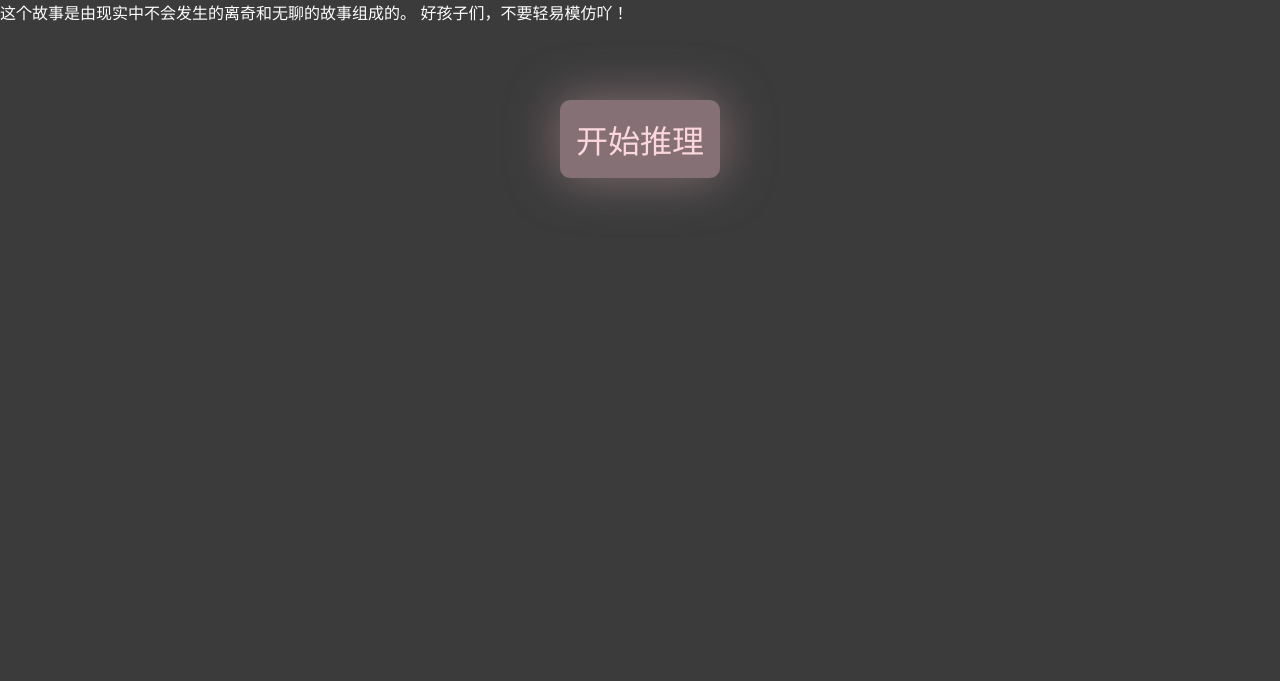
Repository: Jofali/reasoning-genius
Page: /
An editor plug-in stored every save of this project. The page is shown before and after the next save, followed by the edit.
The browser window is 1280 px wide. The pictures show the whole page.
The project was rebuilt for these pictures with package versions that can differ from the ones it lists, and the page was loaded fresh each time. Also part of the build but not shown: src/part1/part1.css, src/part1/part1.js, src/part2/part2.css, src/part2/part2.js, src/title/title.css, src/title/title.js, src/inventory/inventory.css, src/inventory/inventory.js and 2 more.

Above is the page before, as saved 2019-05-22 17:50:27.

### public/index.html
<!DOCTYPE html>
<html lang="en">
  <head>
    <meta charset="utf-8" />
    <link rel="shortcut icon" href="%PUBLIC_URL%/favicon.ico" />
    <meta name="viewport" content="width=device-width, initial-scale=1" />
    <meta name="theme-color" content="#000000" />
    <!--
      manifest.json provides metadata used when your web app is installed on a
      user's mobile device or desktop. See https://developers.google.com/web/fundamentals/web-app-manifest/
    -->
    <link rel="manifest" href="%PUBLIC_URL%/manifest.json" />
    <!--
      Notice the use of %PUBLIC_URL% in the tags above.
      It will be replaced with the URL of the `public` folder during the build.
      Only files inside the `public` folder can be referenced from the HTML.

      Unlike "/favicon.ico" or "favicon.ico", "%PUBLIC_URL%/favicon.ico" will
      work correctly both with client-side routing and a non-root public URL.
      Learn how to configure a non-root public URL by running `npm run build`.
    -->
    <title>Reasoning Genius</title>
  </head>
  <body>
    <noscript>You need to enable JavaScript to run this app.</noscript>
    <div id="root"></div>
    <!--
      This HTML file is a template.
      If you open it directly in the browser, you will see an empty page.

      You can add webfonts, meta tags, or analytics to this file.
      The build step will place the bundled scripts into the <body> tag.

      To begin the development, run `npm start` or `yarn start`.
      To create a production bundle, use `npm run build` or `yarn build`.
    -->
  </body>
</html>

### src/index.css
body {
  margin: 0;
  font-family: -apple-system, BlinkMacSystemFont, "Segoe UI", "Roboto", "Oxygen",
    "Ubuntu", "Cantarell", "Fira Sans", "Droid Sans", "Helvetica Neue",
    sans-serif;
  -webkit-font-smoothing: antialiased;
  -moz-osx-font-smoothing: grayscale;
}

code {
  font-family: source-code-pro, Menlo, Monaco, Consolas, "Courier New",
    monospace;
}

#root {
  height: 100%;
}

*{
  padding: 0;
  margin: 0;
}

html,body {
  height: 100%;
}

.sw-enter {
  opacity: 0;
}
.sw-enter-active {
  opacity: 1;
  transform: translateX(0);
  transition: opacity 300ms, transform 300ms;
}
.sw-exit {
  opacity: 1;
}
.sw-exit-active {
  opacity: 0;
  transition: opacity 300ms, transform 300ms;
}

### src/App.js
import React, { Component } from 'react';
import { CSSTransition } from 'react-transition-group';

import Partwrap from './partwrap/partwrap';
import Begin from './begin/begin';

import './App.css';

class App extends Component {
  constructor(props) {
    super(props);
    this.state = {
      content: <Begin />,
      maxPartNum: 1,
      showPart: true,
      btnClass: "btn-game btn-game-begin-status"
    };
    this.stepTo = this.stepTo.bind(this);
  }

  partNum = 0;
  timer = null;
  stepTo() {
    if(this.partNum === this.state.maxPartNum) {
      this.partNum = 0;
    } else {
      this.partNum += 1;
    }

    this.setshow(false);
    if(this.timer !== null) {
      clearTimeout(this.timer);
    }
    this.timer = setTimeout( () => {
      switch(this.partNum)
      {
        case 0:
          this.setState({ content: <Begin />, btnClass: "btn-game btn-game-begin-status" })
          break;
        case 1:
          this.setState({ content: <Partwrap />, btnClass: "btn-game btn-game-end-status" })
          break;
        default:
          this.setState({ content: <Begin />, btnClass: "btn-game btn-game-begin-status" })
      }
      this.setshow(true);
    }, 300);

  }

  setshow(bool) {
    this.setState({ showPart: bool })
  }

  componentDidMount() {

  }

  render() {
    return (
        <div className="App">
          <CSSTransition
              in={this.state.showPart}
              timeout={300}
              classNames="sw"
              unmountOnExit
            >
              { this.state.content }
          </CSSTransition>
          <button className={this.state.btnClass} onClick={this.stepTo}>开始推理</button>
        </div>
    );
  }
}

export default App;

### src/begin/begin.js
import React from 'react';

import './begin.css';
function Title() {
  return (
      <div className="begin">
        <div className="begin-content-wrap">
          这个故事是由现实中不会发生的离奇和无聊的故事组成的。
          好孩子们，不要轻易模仿吖！
        </div>
      </div>
  );
}

export default Title;

### src/App.css
.App {
  width: 100%;
  height: 100%;
  background: rgb(253,214,222);
  position: relative;
}

.App img {
  width: 100%;
}

.btn-game-begin-status {
  top: 100px;
  left: 50%;
  background: rgb(133, 113, 117);
  padding: 1rem;
  font-size: 2rem;
  transform: translateX(-50%);
  color: rgb(253,214,222);
  border-radius: 10px;
  box-shadow: 0px 0px 50px rgb(133, 113, 117);
}

.btn-game-end-status {
  top: 100px;
  right: 10%;
}

.btn-game {
  position:absolute;
  border: none;
}

### src/begin/begin.css
.begin {
  width: 100%;
  height: 100%;
  background: rgb(59, 59, 59);
  color: #fff;
}

Loaded but not shown: src/index.js (common file); src/serviceWorker.js (common file)

After the next save:
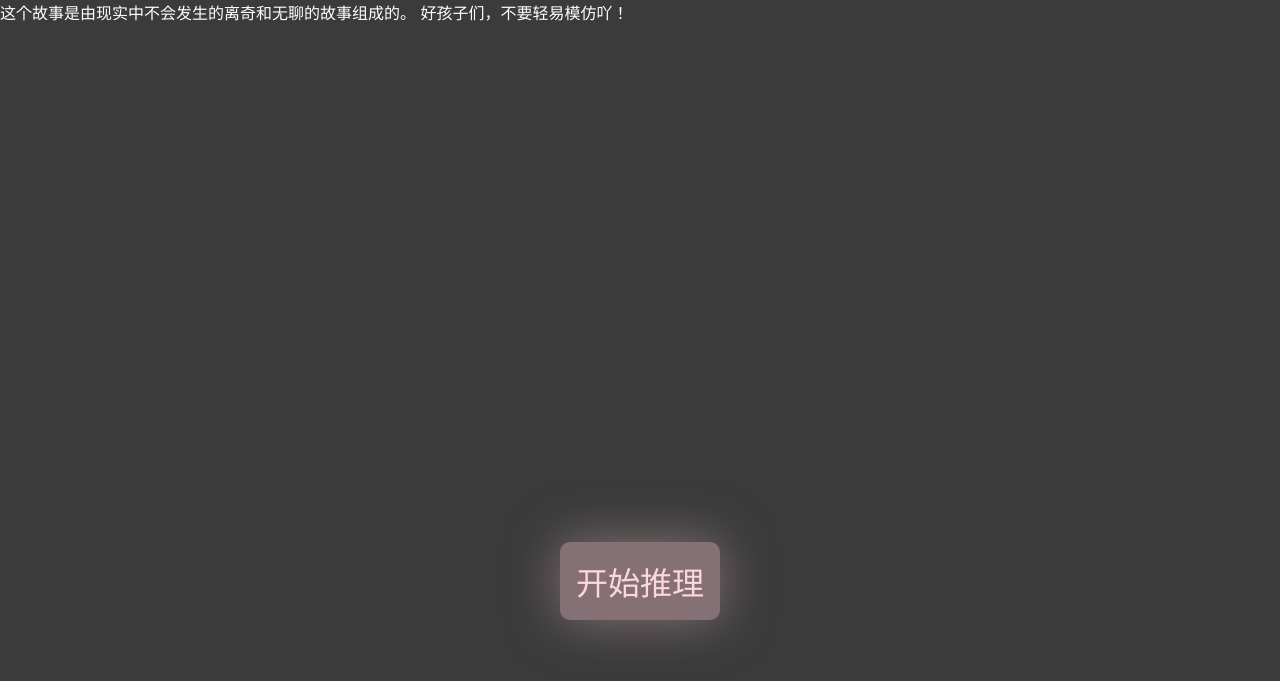
Saved 21 s later.
--- a/src/App.css
+++ b/src/App.css
@@ -10,7 +10,7 @@
 }
 
 .btn-game-begin-status {
-  top: 100px;
+  bottom: 100px;
   left: 50%;
   background: rgb(133, 113, 117);
   padding: 1rem;
